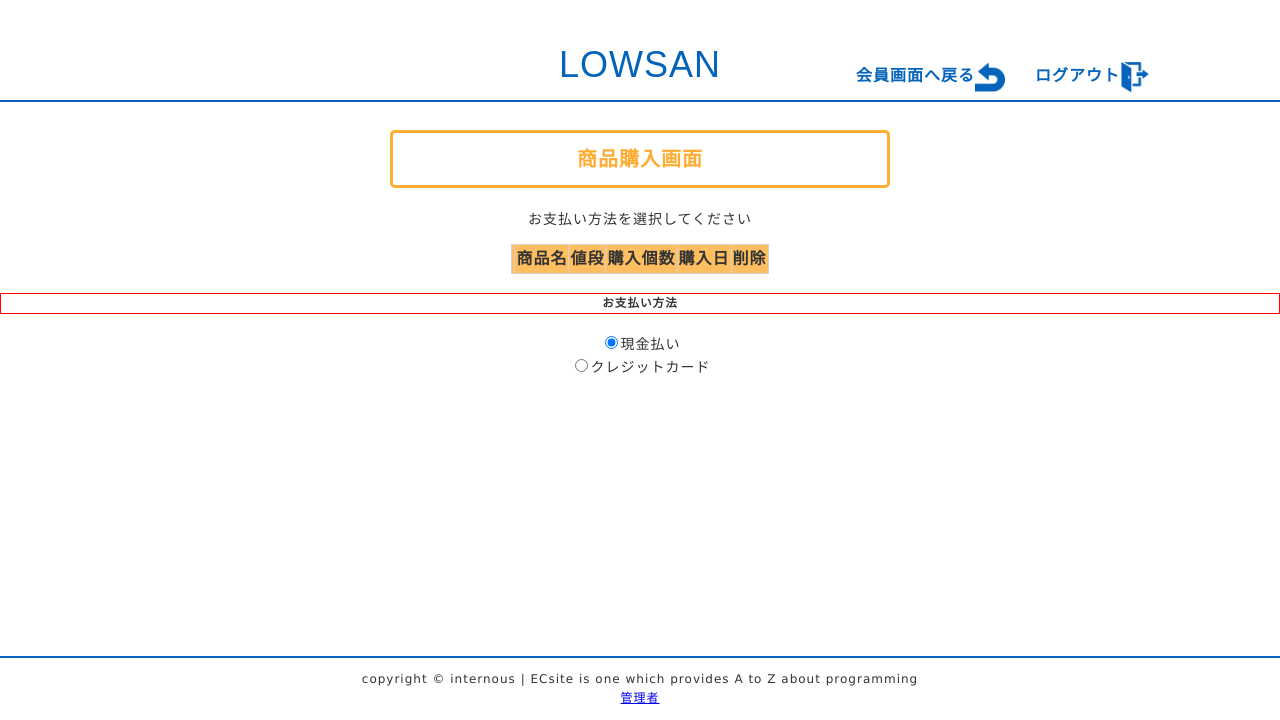
Repository: nishimura0212/myECsite
Page: http://localhost/ecsite/buyItem.jsp
An editor plug-in stored every save of this project. The page is shown before and after the next save, followed by the edit.
The browser window is 1280 px wide. The pictures show the whole page.
The page is served by Tomcat 9. Other server files are loaded and not shown.

Above is the page before, as saved 2019-01-02 14:31:55.

### ecsite/WebContent/buyItem.jsp
<%@ page language="java" contentType="text/html; charset=UTF-8"
    pageEncoding="UTF-8"%>
<%@ taglib prefix="s" uri="/struts-tags" %>
<!DOCTYPE html>
<html>
<head>
<meta http-equiv="Content-Type" content="text/html; charset=UTF-8"/>
<meta http-equiv="Content-Script-Type" content="text/javascript"/>
<meta http-equiv="imagetoolbar" content="no"/>
<meta name="description" content=""/>
<meta name="keywords" content=""/>
<title>商品購入画面</title>
<link rel="stylesheet" type="text/css" href="css/style.css">
</head>
<body>
	<div id="header">
		<p>LOWSAN</p>
		<div id="header-icon">
			<ul>
				<li class="icon">
					<a href="GoUserAction">
					会員画面へ戻る<img src="./img/icon/back.png" width="30px" height="30px">
					</a>
				</li>
				<li class="icon">
					<a href="LogoutAction">
					ログアウト<img src="./img/icon/logout.png" width="30px" height="30px">
					</a>
				</li>
			</ul>
		</div>
	</div>
	<div id="main">
		<div id="top">
			<p>商品購入画面</p>
		</div>
		<p class="comment">お支払い方法を選択してください</p>
		<table class="history-table">
			<tr>
				<th></th>
				<th>商品名</th>
				<th>値段</th>
				<th>購入個数</th>
				<th>購入日</th>
				<th>削除</th>
			</tr>
			<s:iterator value="cartList">
				<tr>
					<td class="td-img"><img
						src='<s:property value="itemImage"/>' class="buy-item-image"></td>
					<td><s:property value="item" /></td>
					<td><s:property value="totalPrice" /><span>円</span></td>
					<td><s:property value="totalCount" /><span>個</span></td>
					<td><s:property value="insert_date" /></td>
					<td><input type="checkbox" name="delete"
						value='<s:property value="id"/>' /></td>
				</tr>
			</s:iterator>
		</table>
		<div class="pay-method">
			<h5>お支払い方法</h5>
			<input type="radio" name="pay" value="1" checked="checked">現金払い
			<br><input type="radio" name="pay"value="2">クレジットカード
		</div>
	</div>
	<div id="footer">
		<p>copyright &copy; internous | ECsite is one which provides A to Z about programming<br/>
		<a href = '<s:url action="AdminAction"/>'>管理者</a></p>
	</div>
</body>
</html>

### ecsite/WebContent/css/style.css
@CHARSET "UTF-8";

/* bodyレイアウト */
body{
	margin: 0;
	padding: 0;
	height: 100%;
	height: auto;
	line-height: 1.6;
	letter-spacing: 1px;
	font-family: Verdana,Helvetica,sans-serif;
	font-size: 12px;
	color: #333;
	background: #fff;
}

/* headerレイアウト */
#header{
	position: fixed;
	left: 0;
	top: 0;
	z-index: 2;
	width: 100%;
	height: 100px;
	text-align: center;
	background-color: #fff;
	border-bottom: 2px solid #0464bb;
}
#header p{
	color: #0464bb;
	font-family: "メイリオ",sans-serif;
	font-size: 36px;
}
#header-icon{
	position: absolute;
	top: 50px;
	right: 100px;
}
#header-icon .icon{
	float: left;
	margin: 0 auto;
	margin-right: 30px;
	list-style-type: none;
	font-size: 16px;
	font-weight: bold;
}
#header-icon .icon img{
	clear: both;
	vertical-align: middle;
}
#header-icon .icon a{
	color: #0464bb;
	text-decoration:none;
}
.icon:hover{
	cursor: pointer;
}

/* mainレイアウト */
#main{
	position: relative;
	top: 110px;
	width: 100%;
	padding-bottom: 60px;
}

.waku{
	margin-top: 50px;
}

/* 見出しレイアウト */
#top{
	width: 500px;
	margin: 0px auto;
	margin-top: 10px;
	text-align: center;
}
#top p{
	font-size: 20px;
	font-weight: bold;
	border: 3px solid #FFAD32;
	border-radius: 5px;
	color: #FFAD32;
	background-color: #fff;
	padding: 10px 0px;
}

/* tableレイアウト */
.table{
	margin: 0 auto;
	width: 800px;
	font-size: 24px;
	padding: 40px 30px 50px 20px;
	background-color: #FFFDEB;
	color: #FFAD32;
	border-radius: 10px;
}

/* ログイン画面 */
.textarea{
	width: 100%;
	height: 30px;
	font-size: 22px;
	padding-left: 1%;
	border-radius: 15px;
}
input[type="text"]:focus {
	border: 2px solid #FFD493;
	outline: 0;
}
input[type="password"]:focus {
	border: 2px solid #FFD493;
	outline: 0;
}
.error{
	margin: 0 auto;
	width: 500px;
	text-align: center;
}
.error p{
	color: #FF5151;
	font-size: 14px;
}
.single{
	margin-top: 20px;
	text-align: center;
	padding: 20px;
}
.single_btn{
	width: 100px;
	height: 40px;
	padding: 5px;
	background-color: #FFAD32;
	font-size: 12px;
	font-weight: bold;
	color: white;
	border-color: none;
	border-radius: 20px;
}
.single_btn:hover{
	background-color: #F99500;
	cursor: pointer;
}

/* 会員画面 */
.comment{
	text-align: center;
	font-size: 14px;
}
.main-text{
	text-align: center;
	margin-top: 10px;
}
.userButton{
	margin-top: 20px;
	width: 300px;
	height: 100px;
	color: #FFFDEB;
	font-size: 24px;
	background-color: #FFAD32;
	border-radius: 20px;
}
.userButton:hover{
	cursor: pointer;
	background-color: #F99500;
}

/* カテゴリ選択画面 */
.categoryBox{
	margin: 0 auto;
	margin-top: 30px;
	width: 600px;
	text-align: center;
}
.category{
	margin: 0 auto;
	display: inline-block;
	text-align: center;
}
.categoryCircle{
	margin: 0 auto;
	float: left;
}
.circle{
	width: 200px;
	height: 200px;
	margin: 0px 20px 10px 20px;
	border-radius: 50%;
	font-size: 30px;
	border: 5px solid #FFBF60;
	background-color: #FFFDEB;
}
.circle:hover{
	background-color: #FFBF60;
	color: #FFFDEB;
	border: none;
	cursor: pointer;
}
#empty{
	clear: both;
}

/* 商品選択画面 */
.item-wrap{
	width: 700px;
	margin: 30px auto;
	height: 100%;
	padding-bottom: 60px;
}
.itemBox{
	width: 300px;
	height: 250px;
	text-align: center;
	border: 2px dotted gray;
	margin: 20px 20px 20px 20px;
	background-color: #f9fcb6;
}
.itemBox img{
	width: 250px;
	height: 250px;
}
.itemName{
	margin: 0;
	font-size: 15px;
}
.flex-container{
	display: inline-flex;
}

/* 商品購入画面 */
.containerA{
	margin: 0 auto;
	margin-top: 20px;
	margin-right: 50px;
	text-align: center;
}
.left{
	width: 300px;
	height: 300px;
}
.left img{
	width: 100%;
}
.right{
	height: 300px;
	font-size: 20px;
	margin-top: 30px;
	border-collapse: collapse;
}
.td-left{
	text-align: center;
	background-color: #FFBF60;
	border: 1px solid lightgray;
}
.td-right{
	text-align: left;
	padding: 0px 10px;
	border: 1px solid lightgray;
}
.td-submit{
	background-color: #fff;
}
.select{
	width: 50px;
	font-size: 20px;
}
.select:hover{
	cursor: pointer;
}
.block{
	width: 100px;
	display: block;
}

/* 商品購入確認画面 */
.containerB{
	margin: 0 auto;
	margin-left: 150px;
	text-align: center;
}
.button{
	position: relative;
	top: 350px;
	right: 210px;
}
.gray_btn{
	width: 100px;
	height: 40px;
	padding: 5px;
	background-color: #808080;
	font-size: 12px;
	font-weight: bold;
	color: white;
	border-color: none;
	border-radius: 20px;
}
.gray_btn:hover{
	background-color: #666666;
	cursor: pointer;
}

/* 商品購入完了画面 */
.center{
	width: 400px;
	margin: 0 auto;
	margin-top: 50px;
}
.comment p{
	height: 50px;
	line-height: 50px;
	font-size: 16px;
	border: 2px solid gray;
	border-radius: 5px;
}

/* 商品購入履歴画面 */
.history-table{
	margin:0 auto;
	font-size: 16px;
	border-collapse: collapse;
	border: 1px solid lightgray;
	text-align: center;
}
.history-table th{
	border: 1px solid lightgray;
}
.history-table td,.td-img{
	border: 1px solid lightgray;
}
.history-table tr:first-child{
	background-color: #FFBF60;
}
.td-img img{
	width: 100px;
	height: 100px;
}

/* 商品購入画面 */
.pay-method{
	text-align: center;
	font-size: 14px;
}
.pay-method h5{
	border: 1px solid red;
}






.buy-item-button{
	margin: 20px;
	width: 100px;
	height: 50px;
	background-color: #eee;
	border-radius: 20%;
}
.buy-item-button:hover{
	cursor: pointer;
	background-color: #f9fcb6;
}
.pointer:hover{
	cursor: pointer;
}
.button1{
	margin: 0 20px auto;
	float: left;
}
.submit{
	width: 300px;
	height: 400px;
	border-radius: 10%;
	background-color: #f8f8f8;
	font-size: 30px;
}
.submit:hover{
	box-shadow: none;
	background-color: #ffff80;
	cursor: pointer;
}
#text-link{
	display: inline-block;
	text-align: right;
}
#text-right{
	display: inline-block;
	text-align: right;
}
.text-right{
	display: inline-block;
	margin-left: 4%;
}
#wrap{
	margin: 0 40% auto;
}
#left{
	float: left;
	width: 50%;
}
#right{
	float: left;
	width: 50%;
}
.text-center{
	display: inline-block;
	text-align: center;
}
#text{
	clear: left;
	padding-top: 20px;
	width: 780px;
	margin: 30px auto;
}
.text{
	text-align: center;
}
#list{
	border: 2px dotted gray;
	width: 500px;
	height: 100px;
	background-color: lightyellow;
	margin: 30px auto;
}
#list ul li{
	display: inline-block;
	list-style-type: none;
	margin-right: 2em;
}
#button{
	display: inline-block;
	text-align: center;
}
#empty{
	clear: both;
}
.button{
	margin: 0 auto;
	float: left;
	margin-right: 10px;
}
.button:hover{
	cursor: pointer;
}
.category_button{
	margin: 0 auto;
	float: left;
}
.item{
	width: 200px;
	height: 200px;
	margin: 0px 20px 10px 20px;
	border-radius: 50%;
	font-size: 30px;
}





/* footerレイアウト */
#footer{
	clear: both;
	position: fixed;
	left: 0;
	bottom: 0;
	z-index: 2;
	width: 100%;
	background-color: #fff;
	border-top: 2px solid #0464bb;
}
#footer p{
	text-align: center;
}

After the next save:
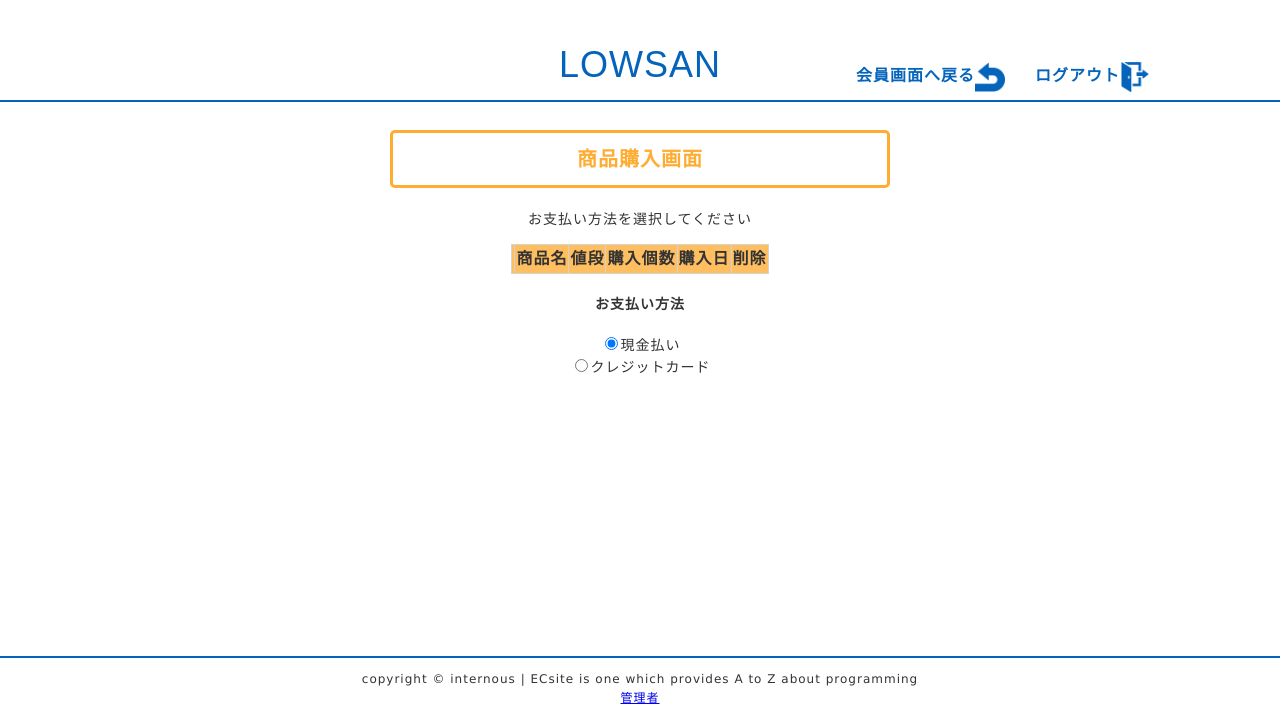
Saved 23 s later.
--- a/ecsite/WebContent/buyItem.jsp
+++ b/ecsite/WebContent/buyItem.jsp
@@ -58,7 +58,7 @@
 			</s:iterator>
 		</table>
 		<div class="pay-method">
-			<h5>お支払い方法</h5>
+			<h4>お支払い方法</h4>
 			<input type="radio" name="pay" value="1" checked="checked">現金払い
 			<br><input type="radio" name="pay"value="2">クレジットカード
 		</div>
